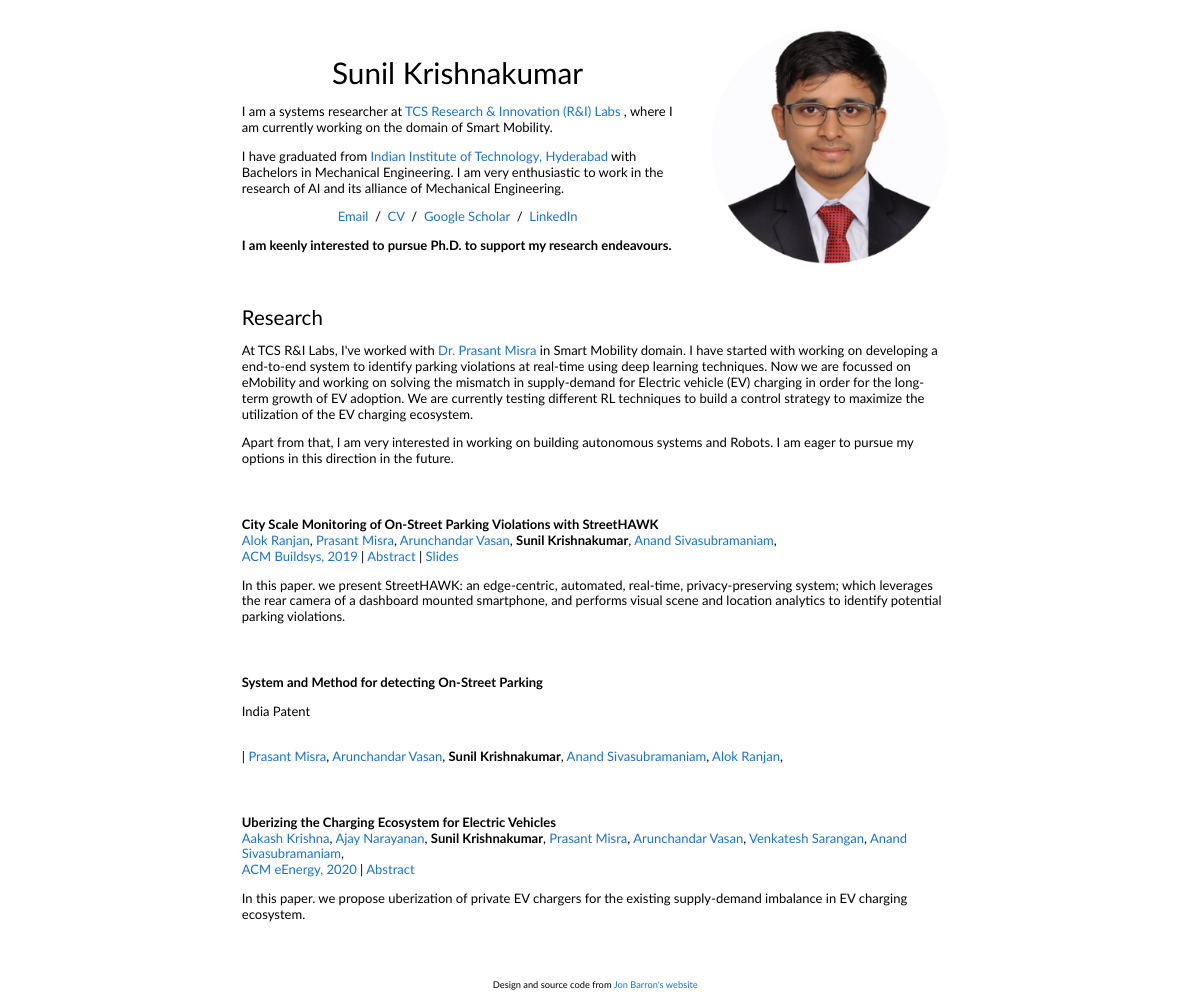
Repository: Sunil-KK/-
Page: index.html
These files come from the project's save history. The page is drawn as it stood at one moment and after the next save; the edit follows.
The browser window is 1280 px wide. The pictures show the whole page, at 93% of full size.

Above is the page before, as saved 2020-09-02 16:08:36.

After the next save:
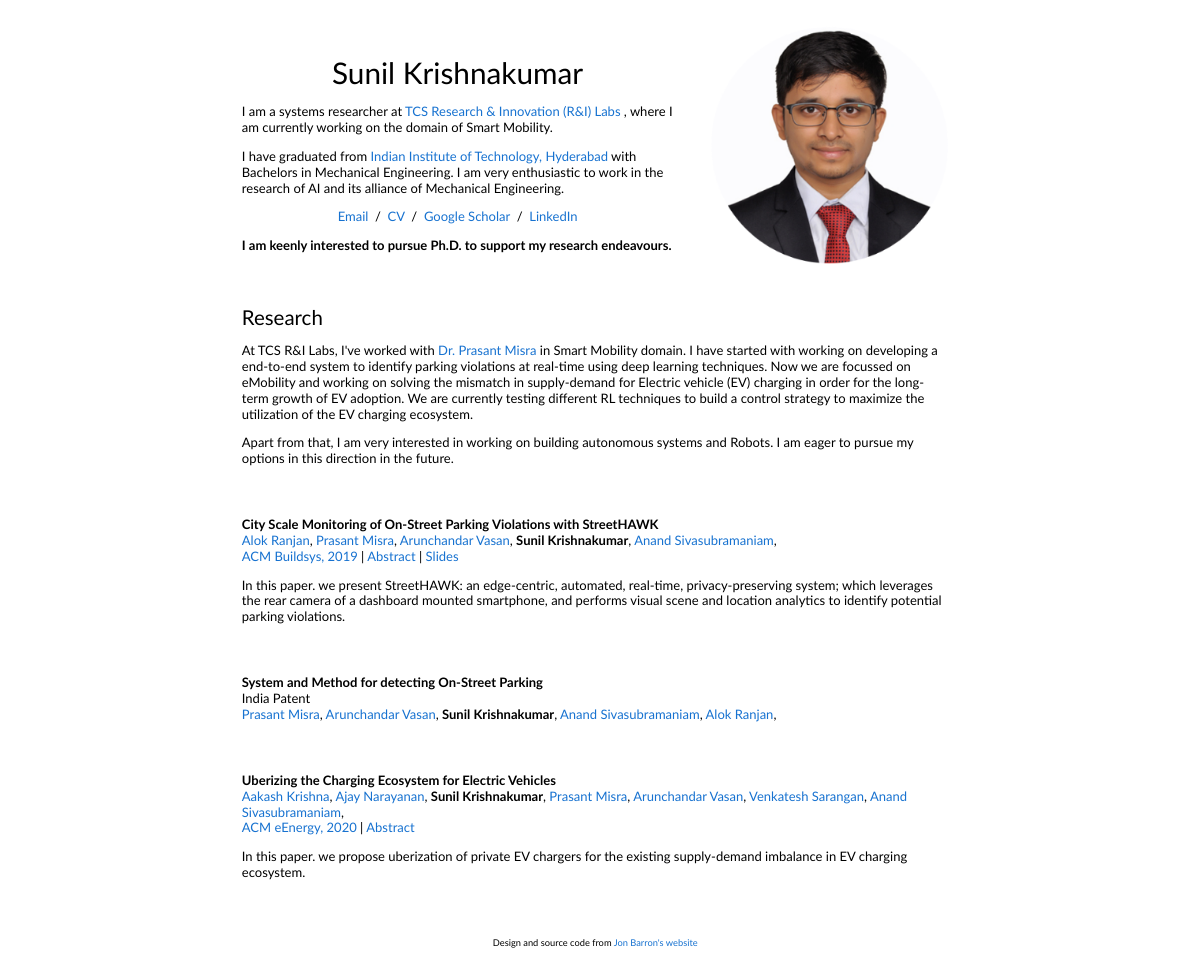
Saved 76 s later.
--- a/index.html
+++ b/index.html
@@ -100,8 +100,8 @@
         <td style="padding:20px;width:75%;vertical-align:middle">
           <strong>System and Method for detecting On-Street Parking</strong>
           <br>
-          <p>India Patent</p>
-          <br> |
+          India Patent
+          <br>
           <a href="https://sites.google.com/site/prasantmisra">Prasant Misra</a>,
           <a href="https://www.linkedin.com/in/arun-vasan/">Arunchandar Vasan</a>,
           <strong>Sunil Krishnakumar</strong>,
